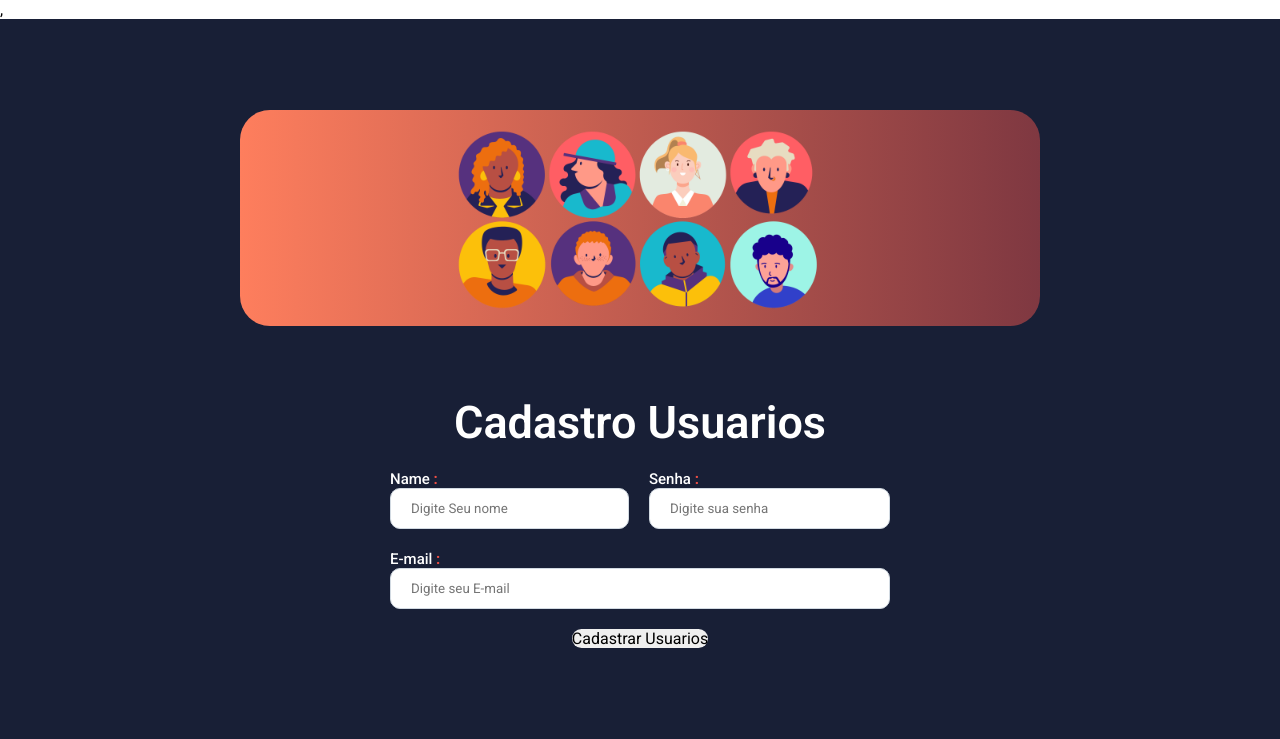
Repository: lcluizrj/meu-projeto-vscode
Page: / (app in cadastro-usuarios-devclub/)
An editor plug-in stored every save of this project. The page is shown before and after the next save, followed by the edit.
The browser window is 1280 px wide. The pictures show the whole page.
The project was rebuilt for these pictures with package versions that can differ from the ones it lists, and the page was loaded fresh each time. Also part of the build but not shown: cadastro-usuarios-devclub/vite.config.js.

Above is the page before, as saved 2026-08-15 17:31:48.

### cadastro-usuarios-devclub/index.html
<!doctype html>
<html lang="en">
  <head>
    <meta charset="UTF-8" />
    <link rel="icon" type="image/svg+xml" href="/favicon.svg" />
    <meta name="viewport" content="width=device-width, initial-scale=1.0" />
    <title>cadastro-usuarios-devclub</title>
    <link rel="preconnect" href="https://fonts.googleapis.com">
    <link rel="preconnect" href="https://fonts.gstatic.com" crossorigin>
    <link href="https://fonts.googleapis.com/css2?family=Poppins:wght@300;600&family=Roboto:ital,wght@0,100..900;1,100..900&display=swap" rel="stylesheet">
  </head>
  <body>
    <div id="root"></div>
    <script type="module" src="/src/main.jsx"></script>
  </body>
</html>

### cadastro-usuarios-devclub/src/main.jsx
import React from 'react'
import ReactDOM from 'react-dom/client'
import {GlobalStyles} from './styles/GlobalStyles.js'
import App from './App.jsx'

ReactDOM.createRoot(document.getElementById('root')).render(
  <React.StrictMode>
    <GlobalStyles/>,
    <App />
  </React.StrictMode>,
)

### cadastro-usuarios-devclub/src/styles/GlobalStyles.js
import { createGlobalStyle } from 'styled-components';

export const GlobalStyles = createGlobalStyle`
      *{
        margin: 0;
        padding:0;
        box-sizing:border-box;
        font-family: "Roboto", sans-serif;
       }

`

### cadastro-usuarios-devclub/src/App.jsx
import {Title, Container, Topbackground, Form, ContainerInputs, InputLabel, Input, Button} from "./styles"

import UsersImage from './assets/users.png'

function Home() {

return (
  <Container>
    <Topbackground>
      <img src={UsersImage} alt="Imagens-Usuarios" />
    </Topbackground>

    <Form>
      <Title> Cadastro Usuarios </Title>
      <ContainerInputs>

         <div>
         <InputLabel>
         Name <span>: </span>
         </InputLabel>
         <Input type="text" placeholder="Digite Seu nome" />
         </div>

         <div>
         <InputLabel >
          Senha <span>: </span>
          </InputLabel>
         <Input type="number" placeholder="Digite sua senha"/>
         </div>


      </ContainerInputs>
         <div style={{width: '100%'}}>
         <InputLabel >
          E-mail <span>: </span>
          </InputLabel>
         <Input type="e-mail" placeholder="Digite seu E-mail"/>
         </div>

         <Button>Cadastrar Usuarios</Button>
    </Form>


  </Container>
)

}

export default Home

### cadastro-usuarios-devclub/src/styles.js
import styled from 'styled-components'

export const Container = styled.div `
      background-color: #181f36;
      display: flex;
      flex-direction: column;
      align-items: center;
      justify-content: space-evenly;
      padding: 20px;
      height: 100vh;
`

export const Topbackground= styled.div`
      display: flex;
      align-items: center;
      justify-content: center;
      background:linear-gradient(to right, #fe7e5d,#7f3841) ;
      height: 30vh;
      width: 90vw;
      max-width: 800px;
      border-radius: 30px;

img{
      max-width: 100%;
      max-height: 100%;
   }
`

export const Form = styled.form`
      display: flex;
      flex-direction: column;
      align-items: center;
      gap: 20px;
      max-width: 500px;

`
export const Title = styled.h2 `
      color:#fff ;
      text-align: center;
      font-size: 45px;
      font-style: normal;
      font-weight: 600;


`

export const ContainerInputs = styled.div`
      display: flex;
      gap: 20px;
`

export const Input = styled.input`
      border-radius: 10px;
      border: 1px solid #d2dae2;
      background-color: #fff;
      padding: 12px 20px;
      outline: none;
      width: 100%;
`

export const InputLabel = styled.label`
     color: #fff;
     font-size: 15px;
     font-weight: 500;
span {
     color: #ef4f45;
     font-weight: bold;
     }

`

export const Button = styled.button `
      border-radius: 15px;
      border:none;
      background-color:linear-gradient(180deg,#fe7e5d 0%, #ff6378 100%);
      font-size: 16px;
      color: ;



`

After the next save:
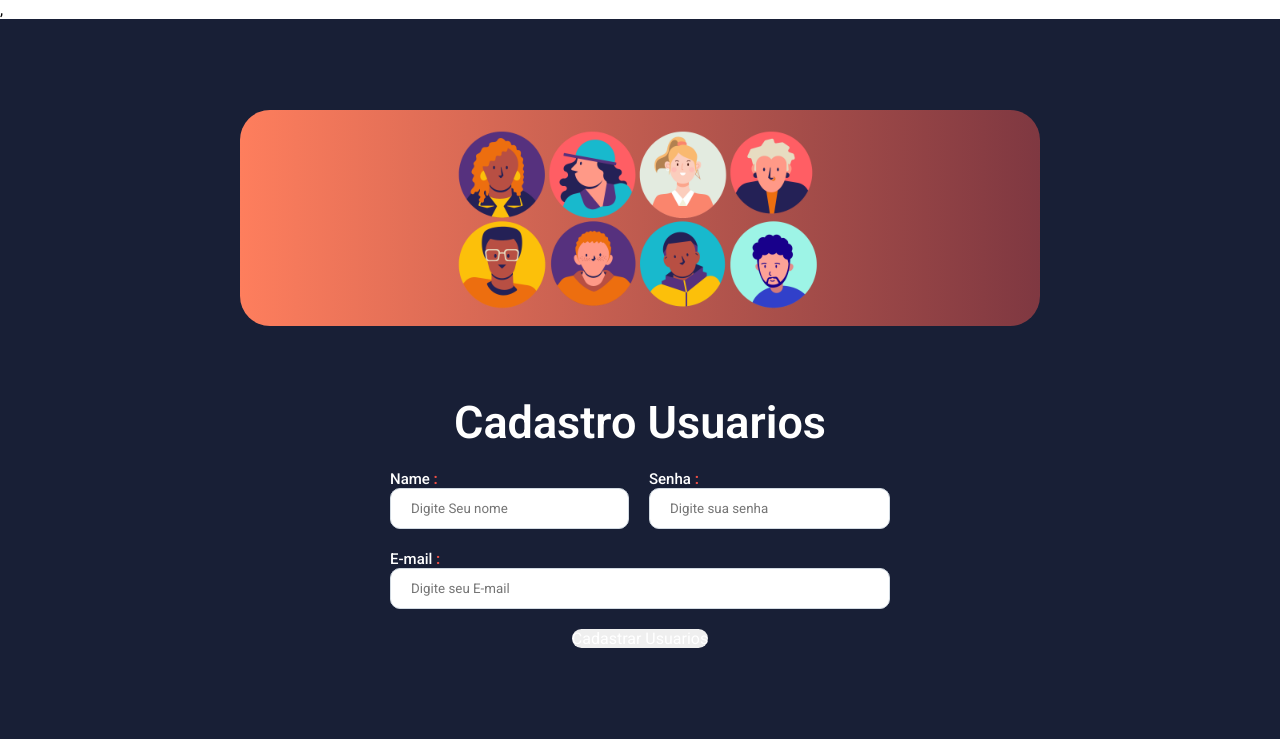
Saved 4 s later.
--- a/cadastro-usuarios-devclub/src/styles.js
+++ b/cadastro-usuarios-devclub/src/styles.js
@@ -74,7 +74,7 @@ export const Button = styled.button `
       border:none;
       background-color:linear-gradient(180deg,#fe7e5d 0%, #ff6378 100%);
       font-size: 16px;
-      color: ;
+      color: #FFF;
 
 
 
